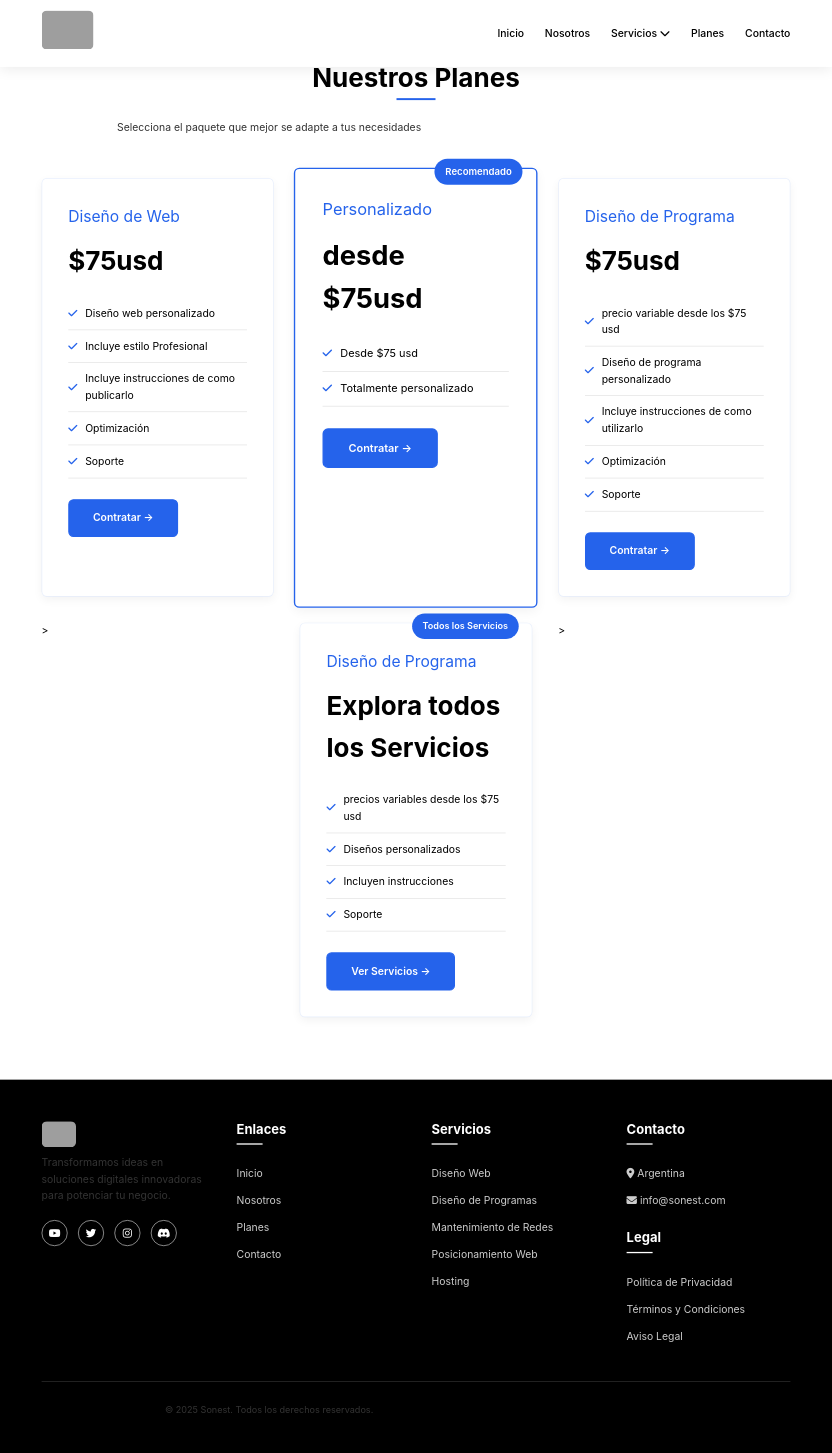
Repository: FabriDevelope/sonest
Page: planes.html
An editor plug-in stored every save of this project. The page is shown before and after the next save, followed by the edit.
The browser window is 1280 px wide. The pictures show the whole page, at 65% of full size.
Pictures or frames that could not be fetched are drawn as grey boxes.

Above is the page before, as saved 2025-08-03 02:58:04.

After the next save:
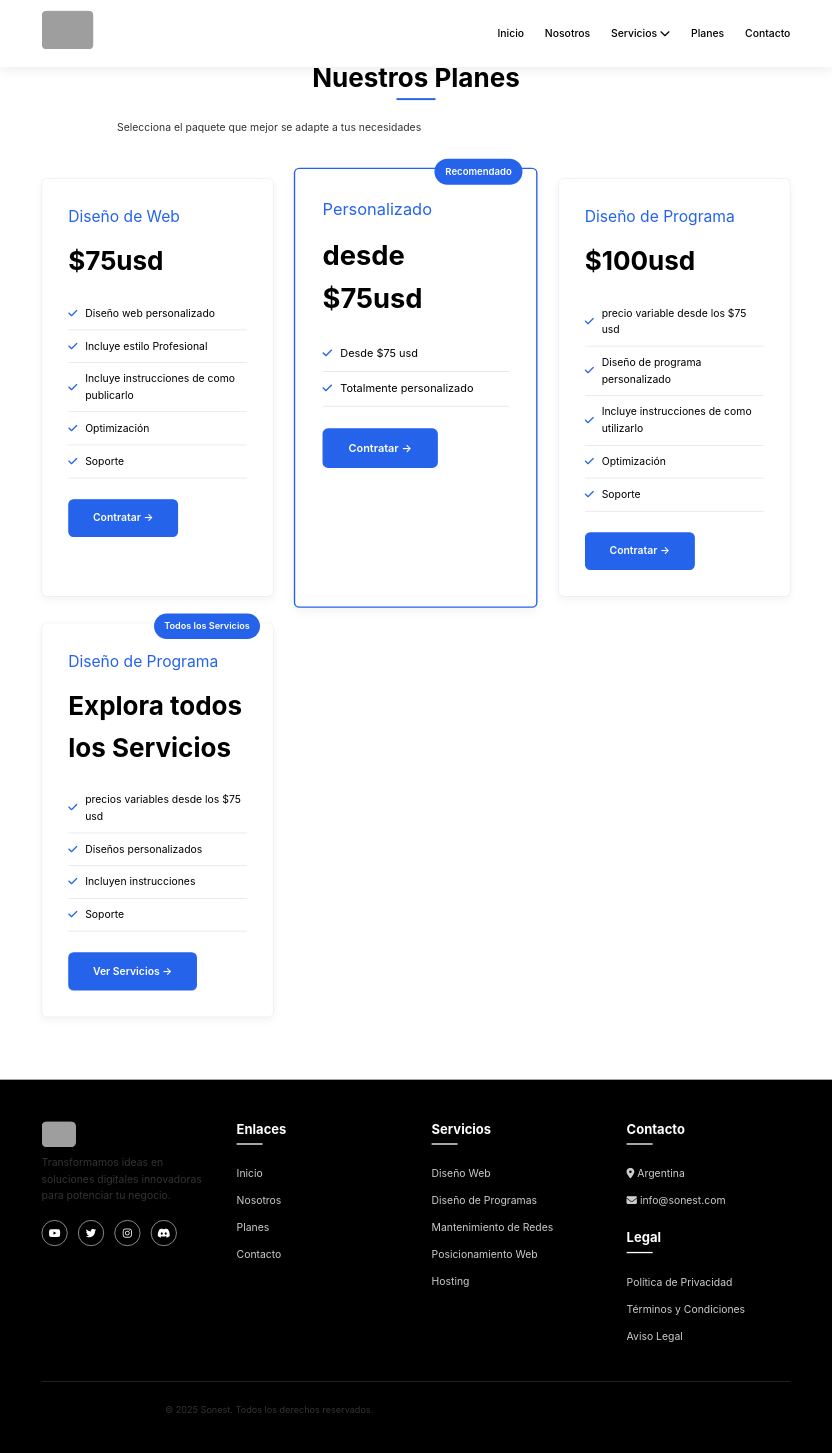
Saved 84 s later.
--- a/planes.html
+++ b/planes.html
@@ -151,7 +151,7 @@
 
                     <div class="plan-card fade-in">
                         <div class="plan-name">Diseño de Programa</div>
-                        <div class="plan-price">$75<span>usd</span></div>
+                        <div class="plan-price">$100<span>usd</span></div>
                         <ul class="plan-features">
                             <li>precio variable desde los $75 usd</li>
                             <li>Diseño de programa personalizado</li>
@@ -160,7 +160,7 @@
                             <li>Soporte</li>
                         </ul>
                         <a href="pago.html" class="btn">Contratar -></a>
-                    </div>>
+                    </div>
 
                     <div class="plan-card fade-in">
                         <div class="plan-name">Diseño de Programa</div>
@@ -173,7 +173,7 @@
                             <li>Soporte</li>
                         </ul>
                         <a href="pago.html" class="btn">Ver Servicios -></a>
-                    </div>>
+                    </div>
                 </div>
             </div>
         </section>
